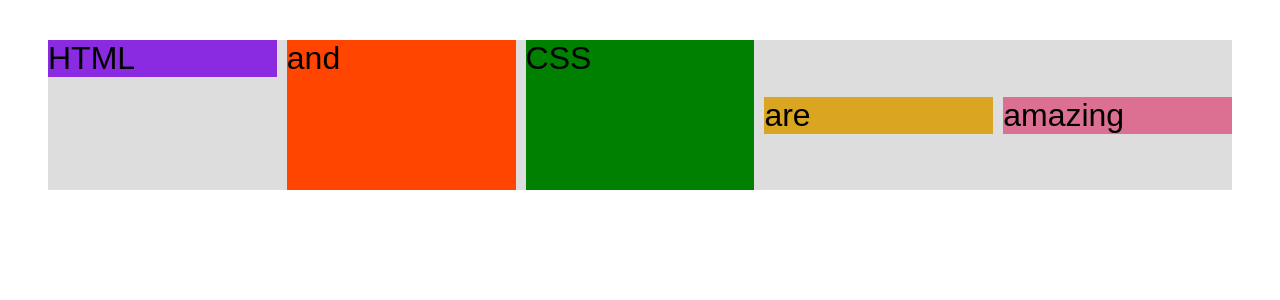
Repository: nghiakma/HTML-CSS-Fundamental
Page: HTML/flexbox.html
An editor plug-in stored every save of this project. The page is shown before and after the next save, followed by the edit.
The browser window is 1280 px wide. The pictures show the whole page.

Above is the page before, as saved 2023-08-24 15:07:59.

### HTML/flexbox.html
<!DOCTYPE html>
<html lang="en">

<head>
  <meta charset="UTF-8" />
  <meta http-equiv="X-UA-Compatible" content="IE=edge" />
  <meta name="viewport" content="width=device-width, initial-scale=1.0" />
  <title>Flexbox</title>
  <style>
    .el--1 {
      background-color: blueviolet;
      align-self: flex-start;
      /* order: 2; */
      /* flex-grow: 1; */
    }

    .el--2 {
      background-color: orangered;
      align-self: stretch;

    }

    .el--3 {
      background-color: green;
      height: 150px;
    }

    .el--4 {
      background-color: goldenrod;
    }

    .el--5 {
      background-color: palevioletred;
      order: 1;
    }

    .el--6 {
      background-color: steelblue;
      order: -1;
    }

    .el--7 {
      background-color: yellow;
    }

    .el--8 {
      background-color: crimson;
    }

    .el {
      /* margin-right: 30px;
      flex cho phep thu nho cac
      phan tu de phu hop voi vung chua
      flex-grow thi tat cac cac khong gian con lai
      cua vung chua se chia deu cho cac flex item
      Neu chi dung cho mot flex item thi chi co
      item do chiem khoang khong gian thua vung chua*/
      /* flex-basis: 200px; */
      /* flex-shrink: 0;*/
      /* flex-grow: 1; */
      /* flex: 0 0 200px; */
      flex: 1;
    }

    /*Vung chua flex lay chieu cao cua phan tu cao nhat*/
    .container {
      /* STARTER */
      font-family: sans-serif;
      background-color: #ddd;
      font-size: 32px;
      margin: 40px;
      display: flex;
      gap: 10px;
      /* FLEXBOX */
      /*Chieu cao cua cac phan tu tu dong keo dai bang phan tu cao nhat*/
      /* align-items: stretch; */
      align-items: center;
      justify-content: flex-start;
    }
  </style>
</head>

<body>
  <div class="container">
    <div class="el el--1">HTML</div>
    <div class="el el--2">and</div>
    <div class="el el--3">CSS</div>
    <div class="el el--4">are</div>
    <div class="el el--5">amazing</div>
    <!-- <div class="el el--6">languages</div> -->
    <!-- <div class="el el--7">to</div>
    <div class="el el--8">learn</div> -->
  </div>
</body>

</html>

After the next save:
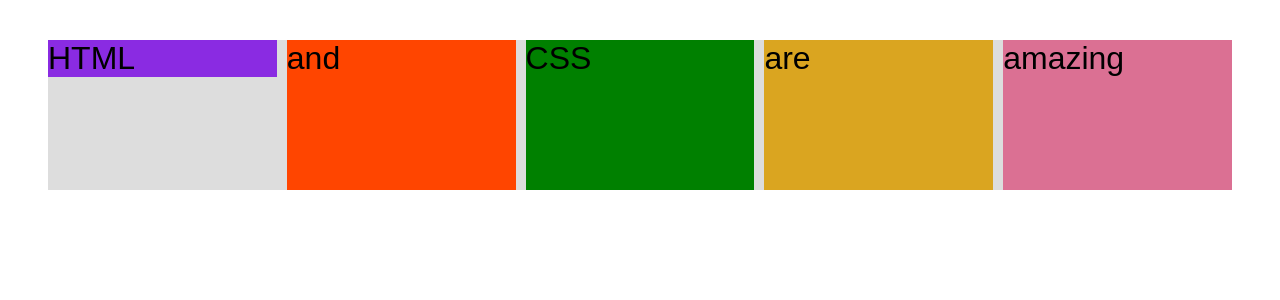
Saved 58 s later.
--- a/HTML/flexbox.html
+++ b/HTML/flexbox.html
@@ -74,8 +74,8 @@
       /* FLEXBOX */
       /*Chieu cao cua cac phan tu tu dong keo dai bang phan tu cao nhat*/
       /* align-items: stretch; */
-      align-items: center;
-      justify-content: flex-start;
+      /* align-items: center;
+      justify-content: flex-start; */
     }
   </style>
 </head>
